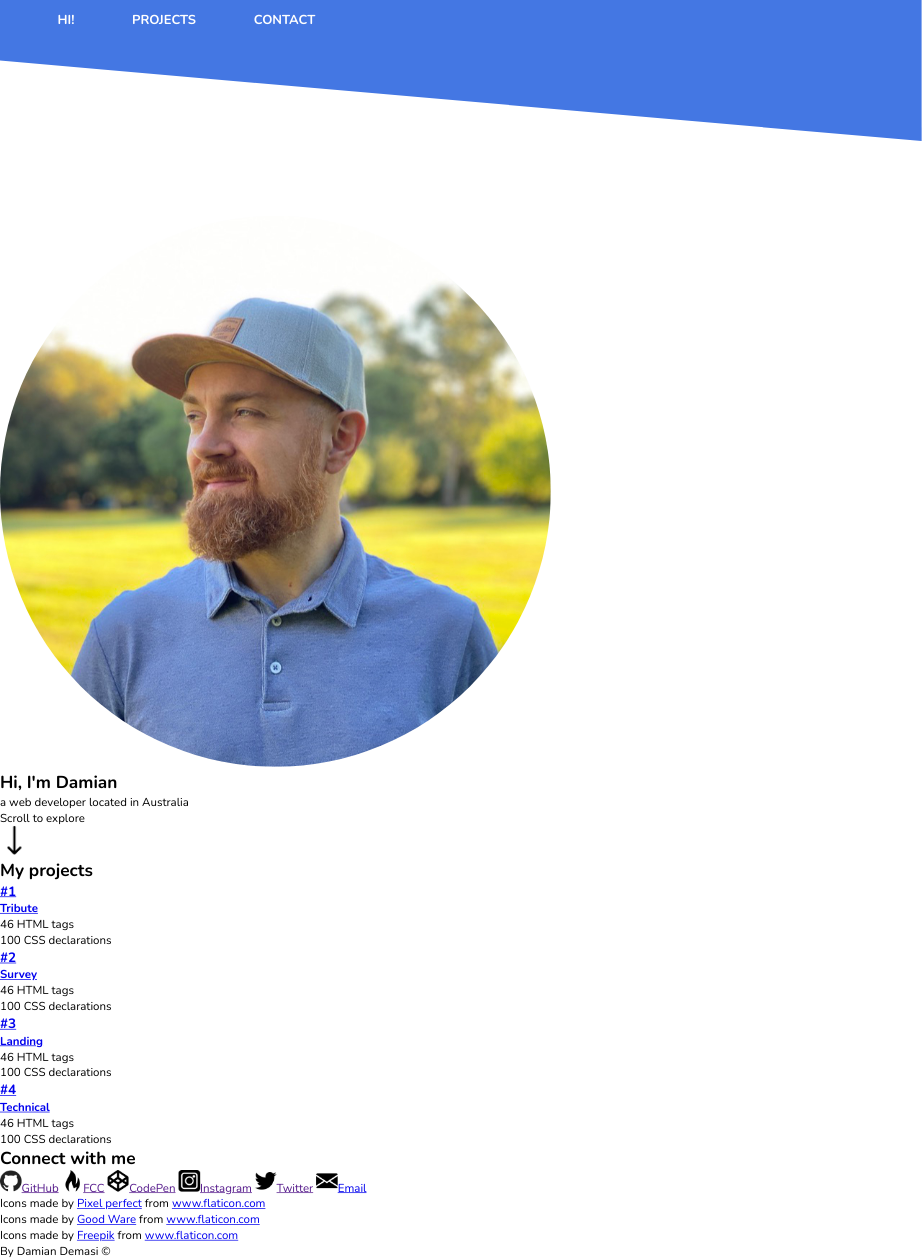
Repository: Colo-Codes/freecodecamp-05-Personal-Portfolio-Webpage
Page: index.html
The author's editor kept a copy of each file at every save. The page is drawn from the files as they stood at one save, then again after the next save.
The browser window is 1280 px wide. The pictures show the whole page, at 72% of full size.

Above is the page before, as saved 2021-06-03 11:30:45.

After the next save:
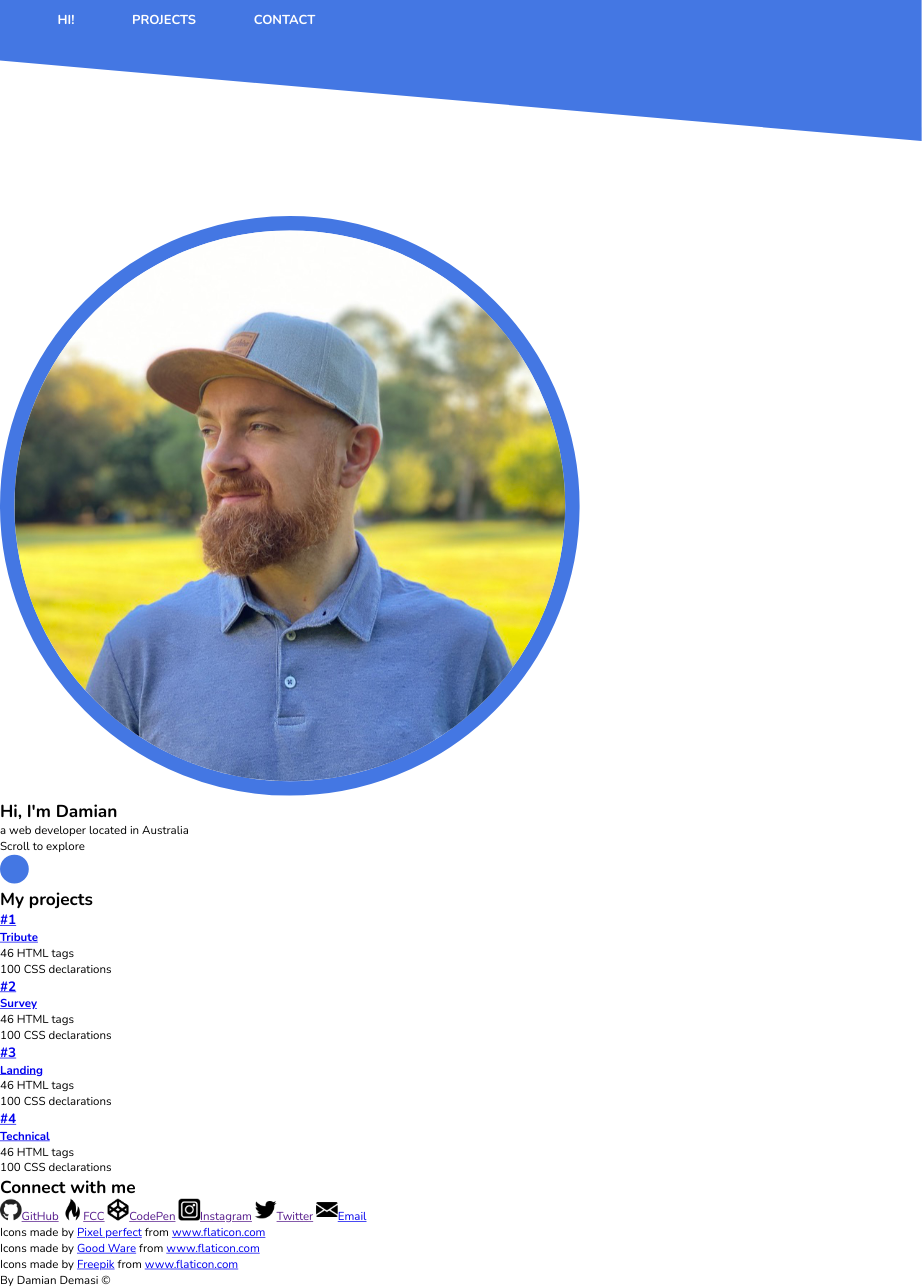
Saved 40 s later.
--- a/css/index.css
+++ b/css/index.css
@@ -57,5 +57,5 @@ body {
 
 #top-layer img {
     border-radius: 50%;
-
+    border: 20px solid #4477E3;
 }
